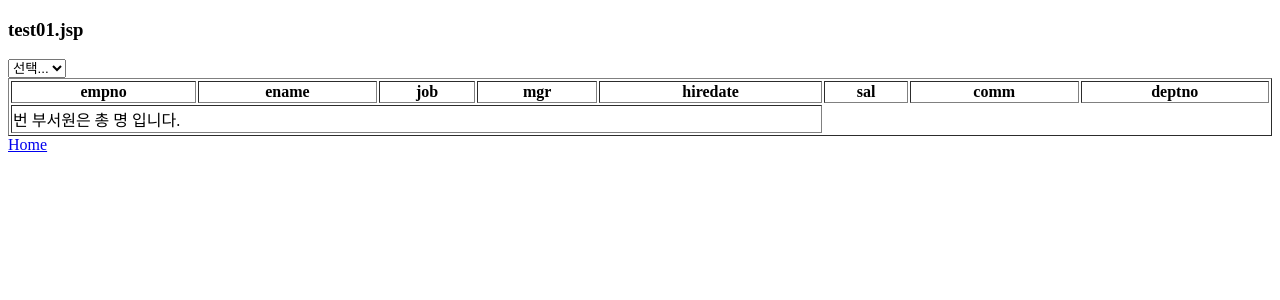
Repository: JavaYoo/kakao-emoticon-web-clone
Page: http://localhost/jspPro/days03/test/test01.jsp
An editor plug-in stored every save of this project. The page is shown before and after the next save, followed by the edit.
The browser window is 1280 px wide. The pictures show the whole page.
The page is served by Tomcat 9. The template is opened directly, without the code that normally fills it, so the values that code supplies are empty.

Above is the page before, as saved 2022-06-16 10:18:13.

After the next save:
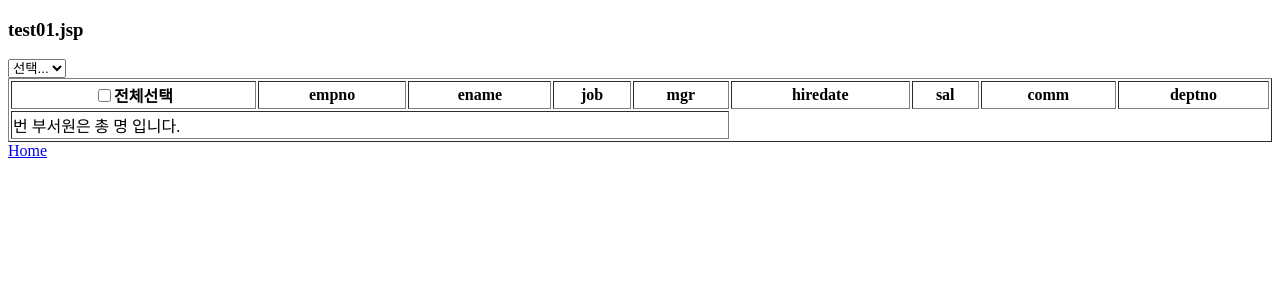
Saved 3 min 6 s later.
--- a/jspPro/src/main/webapp/days03/test/test01.jsp
+++ b/jspPro/src/main/webapp/days03/test/test01.jsp
@@ -44,6 +44,7 @@
 <table border="1" style="width:100%">
 	<thead>
 		<tr>
+			<th><input type="checkbox" >전체선택</th>
 			<th>empno</th>
 			<th>ename</th>
 			<th>job</th>
@@ -64,6 +65,7 @@
 		<c:if test="${ not empty elist }">
 			<c:forEach items="${ elist }" var="eDto">
 			<tr>
+				<td><input type="checkbox" ></td>
 				<td>${eDto.empno }</td>
 				<td>${eDto.ename }</td>
 				<td>${eDto.job }</td>
